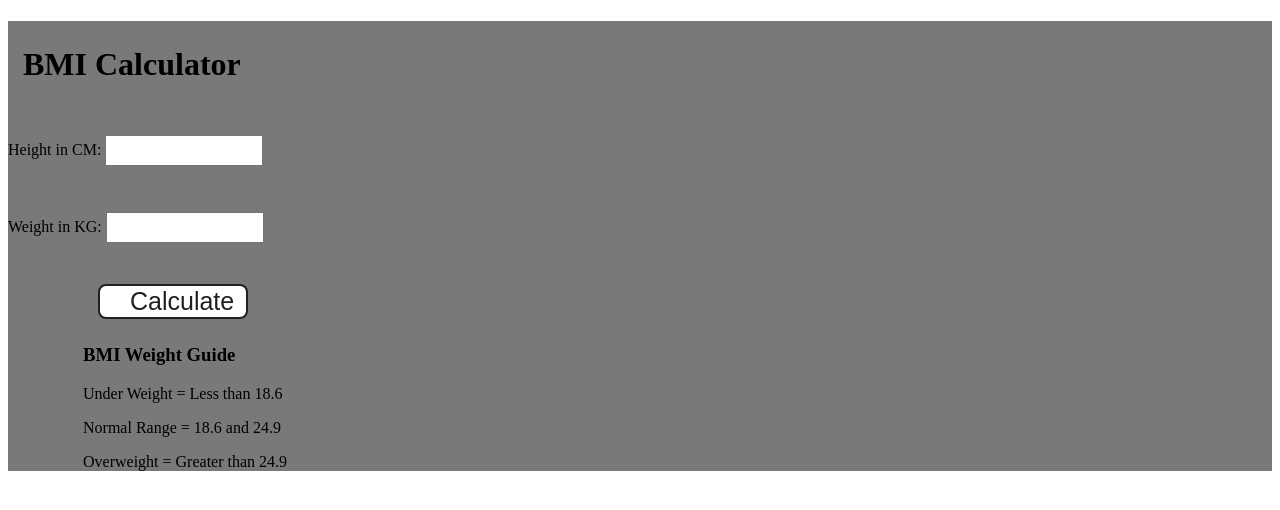
Repository: VishwaGoswami1407/JavaScript-Practice
Page: 07_projects/project2.html
The author's editor kept a copy of each file at every save. The page is drawn from the files as they stood at one save, then again after the next save.
The browser window is 1280 px wide. The pictures show the whole page.

Above is the page before, as saved 2024-07-07 18:47:33.

After the next save:
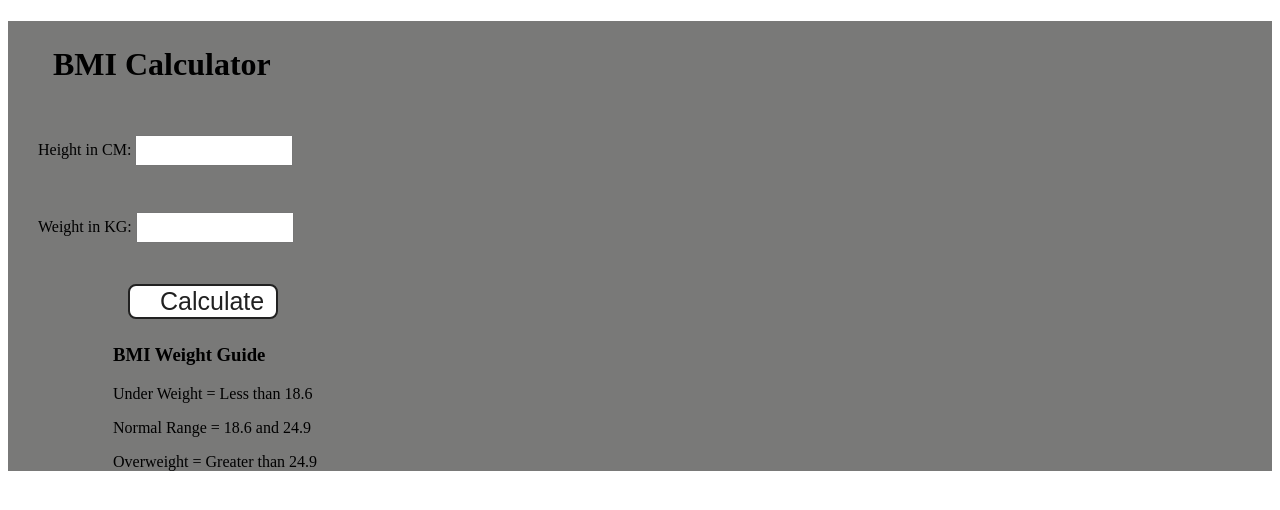
Saved 6 s later.
--- a/07_projects/style2.css
+++ b/07_projects/style2.css
@@ -2,7 +2,7 @@
 
 
     background-color: #797978;
-
+    padding-left: 30px;
   }
   #height,
   #weight {

After the save that followed:
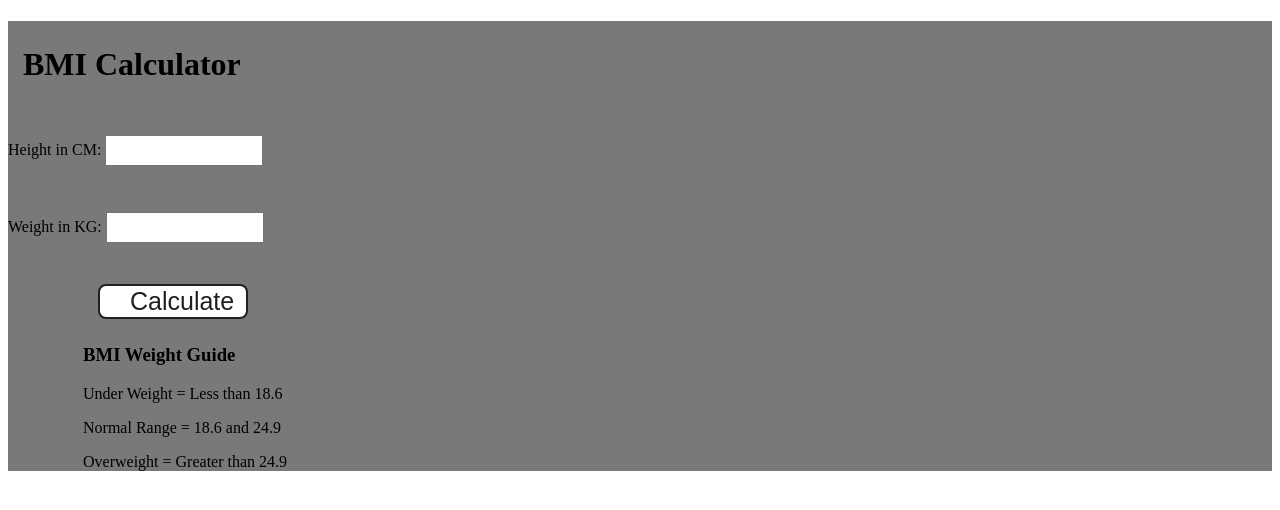
Saved 27 s later.
--- a/07_projects/style2.css
+++ b/07_projects/style2.css
@@ -2,7 +2,7 @@
 
 
     background-color: #797978;
-    padding-left: 30px;
+    padding-left: 30px 20px;
   }
   #height,
   #weight {
